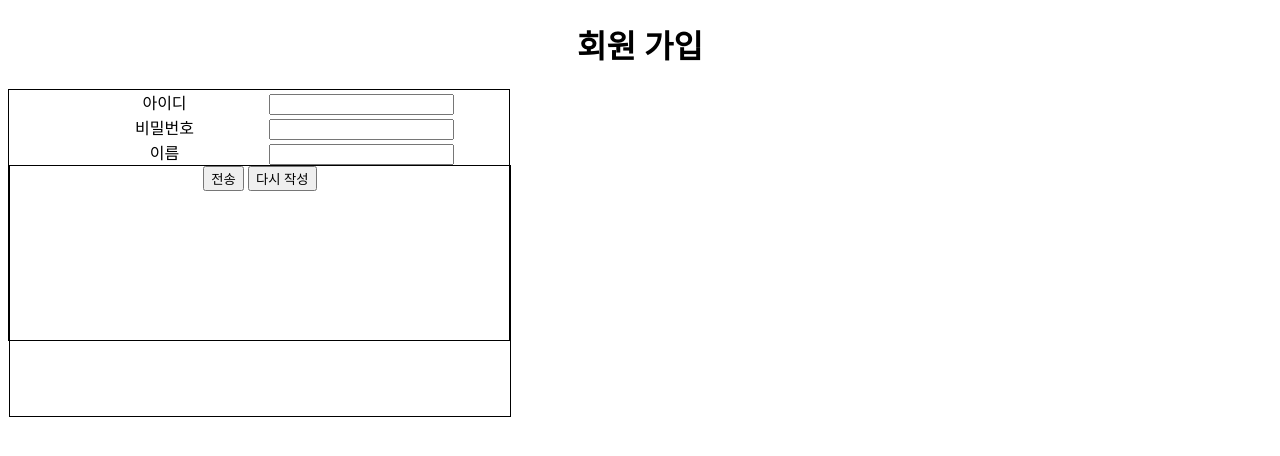
Repository: Dalso13/workspace
Page: http://localhost/Test_1/joinPage.jsp
These files come from the project's save history. The page is drawn as it stood at one moment and after the next save; the edit follows.
The browser window is 1280 px wide. The pictures show the whole page.
The page is served by Tomcat 9. Other server files are loaded and not shown.

Above is the page before, as saved 2023-03-17 01:55:15.

### workspace_exam/Test_1/WebContent/joinPage.jsp
<%@ page language="java" contentType="text/html; charset=UTF-8"
    pageEncoding="UTF-8"%>
<!DOCTYPE html>
<html>
<head>
<meta charset="UTF-8">
<title>Insert title here</title>
<style type="text/css">

	label{
		display: inline-block;
		width: 200px;
	}

	div{
		border: 1px solid  black;
		width: 500px;
		height: 250px;
		text-align: center;
	}



</style>
</head>
<body>
	<h1 style="text-align: center;">회원 가입</h1>


	<div style="text-align: left: ;">
		<label>아이디</label> <input type="text" width="300px;"><br>
		<label>비밀번호</label> <input type="password"><br>
		<label>이름</label> <input type="text"><br>

	<div class="button">
	<input type="submit" value="전송">
	<input type="reset" value="다시 작성">
	</div>


	</div>


</body>
</html>

After the next save:
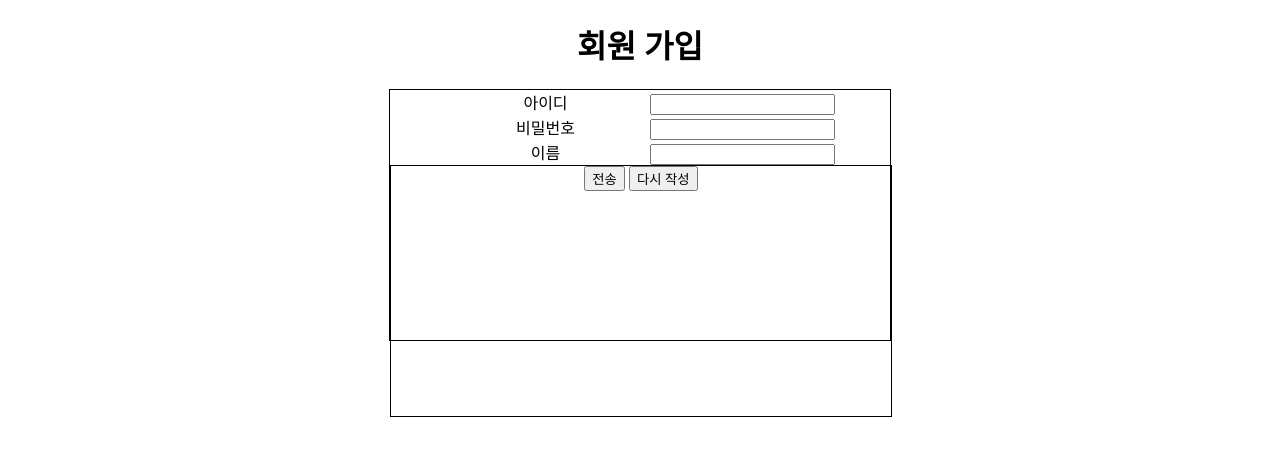
Saved 17 s later.
--- a/workspace_exam/Test_1/WebContent/joinPage.jsp
+++ b/workspace_exam/Test_1/WebContent/joinPage.jsp
@@ -17,6 +17,7 @@
 		width: 500px;
 		height: 250px;
 		text-align: center;
+		margin: auto;
 	}
 
 
